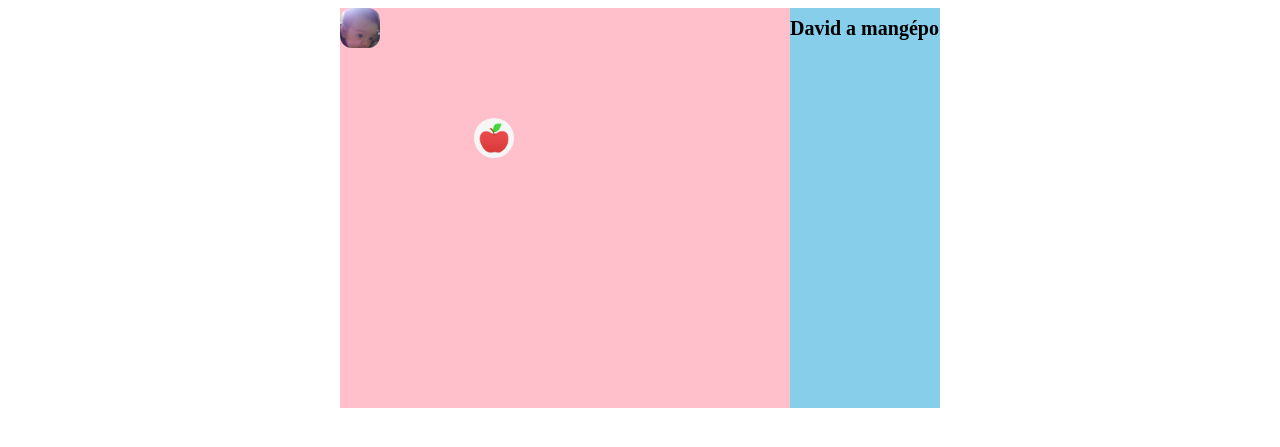
Repository: clairedupuich/kong_jian
Page: snake_game/snake.html
These files come from the project's save history. The page is drawn as it stood at one moment and after a run of saves; the edit follows.
The browser window is 1280 px wide. The pictures show the whole page.

Above is the page before, as saved 2020-12-18 15:02:45.

### snake_game/snake.html
<!DOCTYPE html>
<html lang="en">
<head>
    <meta charset="UTF-8">
    <meta name="viewport" content="width=device-width, initial-scale=1.0">
    <title>snake</title>
    <link rel='stylesheet' href='snake.css' />
</head>
<body>

    <div class="face">
        <!-- 小蛇移动的操场 -->
        <div id="playground">
            <!-- 食物 界面中的蓝色小方块-->
            <div id="food"></div>
            <!-- 小蛇 界面中的红色小方块-->
            <div id="snack"></div>
        </div>
        <!-- 计算得分 -->
        <div class="menu">
            <div>David a mangé<span id="score"></span>po</div>
        </div>
    </div>



    <script type='text/javascript' src='snake.js'></script>
</body>
</html>

### snake_game/snake.css
.face{
    height: 400px;
    width: 600px;
    margin-left: auto;
    margin-right: auto;
    position: relative;
    background-color: pink;
}
#playground{
    height: 400px;
    width: 450px;
    float: left;
    position: relative;
}
.menu{
    height: 400px;
    width: 150px;
    float: left;
    background-color: skyblue;
}
#snack{
    height: 40px;
    width: 40px;
   /*  background-color: red; */
    background-image: url(img/game_snake.png);
    background-position: center;
    background-size: cover;
    border-radius: 30%;
    position: absolute;
    left: 0px;
    top:0px;
}
#food{
    height: 40px;
    width: 40px;
   /*  background: blue; */
   background-image: url(img/téléchargement.jpeg);
   border-radius: 50%;
    background-position: center;
    background-size: cover;
    position: absolute;
}
.body{
    height: 20px;
    width: 20px;
    background: green;
    border-radius: .3em;
    position: absolute;
    left: 0px;
    top:0px;
}
#score{
    font-size: 30px;
    font-weight: bold;
    color: red;
}
.menu div{
    font-size: 20px;
    font-weight: bold;
}

作者：IT程序狮
链接：https://juejin.cn/post/6844903459297181703
来源：掘金
著作权归作者所有。商业转载请联系作者获得授权，非商业转载请注明出处。

### snake_game/snake.js
//获取元素节点
var jsDiv = document.getElementById("playground");
var jsSnack = document.getElementById("snack");
var jsStart = document.getElementById("start");
var jsFood = document.getElementById("food");
var jsBody = document.getElementById("playground");
var jsScore = document.getElementById("score");
//设置全局变量
var timer;//创建定时器为全局变量
var timer1 = setInterval(eat,10);//检测位置碰撞，并且吃掉食物；
var srr = [];//记录蛇行动的位置
var num = 0 ;//记录数组的长度
var jsSnackBody ;//么米吃掉一个食物，蛇的身体

    //开始游戏
    document.onkeydown = function(e){
        var evt = e || window.event;
            switch(evt.keyCode) {
            //向左移动
            case 37:
                clearInterval(timer);
                timer=window.setInterval(runLeft,10)
                function runLeft(){
                    if (jsSnack.offsetLeft > 0) {
                        jsSnack.style.left = jsSnack.offsetLeft - 1+ "px";
                        jsSnack.style.top = jsSnack.offsetTop + "px";
                        //记录小蛇的位置
                        srr.push([jsSnack.offsetLeft, jsSnack.offsetTop]);
                        num++;//记录数组的长度
                    }
                }
            break;
            //向上移动
            case 38:
                clearInterval(timer);
                timer=window.setInterval(runTop,10);
                function runTop(){
                    if (jsSnack.offsetTop > 0) {
                        jsSnack.style.top = jsSnack.offsetTop - 1 + "px";
                        jsSnack.style.left = jsSnack.offsetLeft + "px";
                        //记录小蛇的位置
                        srr.push([jsSnack.offsetLeft, jsSnack.offsetTop]);
                        num++;//记录数组的长度
                    }
                }

            break;
            //向右移动
            case 39:
                clearInterval(timer);
                timer=window.setInterval(runRight,10);
                function runRight(){
                    if (jsSnack.offsetLeft + jsSnack.offsetWidth <= 450) {
                        jsSnack.style.left = jsSnack.offsetLeft + 1 + "px";
                        jsSnack.style.top = jsSnack.offsetTop + "px";
                        //记录小蛇的位置
                        srr.push([jsSnack.offsetLeft, jsSnack.offsetTop]);
                        num++;//记录数组的长度
                    }
                }
            break;
            //向下移动
            case 40:
                clearInterval(timer);
                timer=window.setInterval(runBottom,10);
                function runBottom(){
                    if (jsSnack.offsetTop + jsSnack.offsetHeight <= 400) {
                        jsSnack.style.top = jsSnack.offsetTop + 1 + "px";
                        jsSnack.style.left = jsSnack.offsetLeft + "px";
                        //记录小蛇的位置
                        srr.push([jsSnack.offsetLeft, jsSnack.offsetTop]);
                        num++;//记录数组的长度
                    }
                }
            break;
        }
    }

        //食物随机出现
        function Pos(){
            jsFood.style.left=parseInt(Math.random() * (430 - 20 + 1) + 20) + "px";
            jsFood.style.top=parseInt(Math.random() * (380 - 20 + 1) + 20) + "px";
        }
        Pos();

        function eat(){
            rectangleCrashExamine(jsSnack,jsFood);
            function rectangleCrashExamine(obj1, obj2) {
                var obj1Left = obj1.offsetLeft;
                var obj1Width = obj1.offsetLeft + obj1.offsetWidth;
                var obj1Top = obj1.offsetTop;
                var obj1Height = obj1.offsetTop + obj1.offsetHeight;
                var obj2Left = obj2.offsetLeft;
                var obj2Width = obj2.offsetLeft + obj2.offsetWidth;
                var obj2Top = obj2.offsetTop;
                var obj2Height = obj2.offsetTop + obj2.offsetHeight;
                //检测碰撞
                //碰撞检测原理：
                    //蛇在实物的左边、右边、上边、下边的时候，说明没有发生碰撞，那么我们取反，就说明发生碰撞
                if ( !(obj1Left > obj2Width || obj1Width < obj2Left || obj1Top > obj2Height || obj1Height < obj2Top) ) {
                    //碰撞后身体
                    jsSnackBody = document.createElement("div");
                    jsSnackBody.setAttribute("class","body");
                    jsBody.appendChild(jsSnackBody);
                    Pos();//怪物的位置随机变换
                    setInterval(follow,10);//身体跟随的定时器
                }
            }
        }


        function follow(){
            //检查一共添加了多少身体
            var bodyNum = document.getElementsByClassName("body");
            //记录得分
            jsScore.innerHTML = bodyNum.length;
            //蛇每次移动1个像素，那么新的身体应该跟随在当前数组的倒数第20个数组的位置;依次加等;
            var place = 0 ;
            for( var i = 0 ; i<bodyNum.length ; i++){
                place += 20;
                bodyNum[i].style.left=srr[num-place][0] + 'px';
                bodyNum[i].style.top=srr[num-place][1] + 'px';
            }
        }

After the next 3 saves:
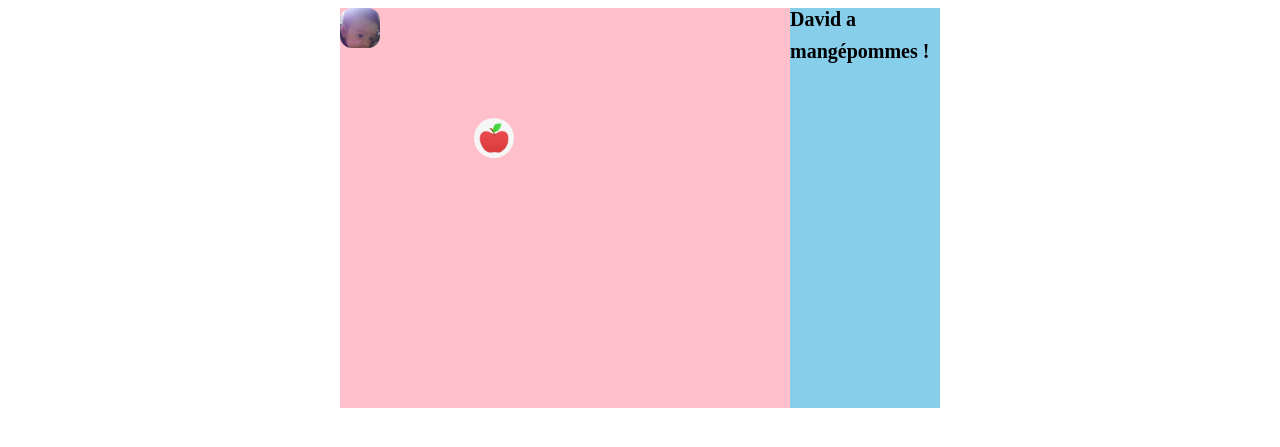
The 3 saves are shown as one change because they came seconds apart.
The last was saved 8 s later.
--- a/snake_game/snake.html
+++ b/snake_game/snake.html
@@ -18,7 +18,7 @@
         </div>
         <!-- 计算得分 -->
         <div class="menu">
-            <div>David a mangé<span id="score"></span>po</div>
+            <div>David a mangé<span id="score"></span>pommes !</div>
         </div>
     </div>
 
